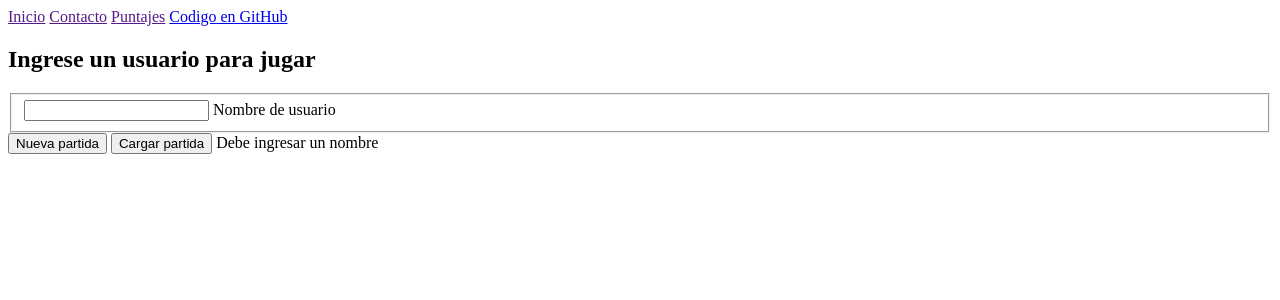
Repository: FacundoKinderknecht/FacundoKinderknecht_Wordle_Game_LPPA
Page: index.html
These files come from the project's save history. The page is drawn as it stood at one moment and after the next save; the edit follows.
The browser window is 1280 px wide. The pictures show the whole page.

Above is the page before, as saved 2023-08-08 02:43:59.

### index.html
<!DOCTYPE html>
<html lang="en">
    <head>
        <meta charset="UTF-8">
        <meta http-equiv="X-UA-Compatible" content="IE=edge">
        <meta name="viewport" content="width=device-width, initial-scale=1.0">
        <link rel="stylesheet" href="/css/index.css">
        <script src="/js/index.js"></script>

        <title>Final LPPA Facundo Kinderknecht</title>
    </head>
    <body>
        <header>
            <nav class="navbar">
                <a href="">Inicio</a>
                <a href="">Contacto</a>
                <a href="">Puntajes</a>
                <a href="https://github.com/FacundoKinderknecht/FacundoKinderknecht_Wordle_Game_LPPA" target="_blank">Codigo en GitHub</a>
            </nav>
        </header>

        <div class="form-container">
            <form class="form-user">
                <h2 class="form-title">Ingrese un usuario para jugar</h2>
                <fieldset class="group-form">
                    <input class="form-txt" id="txt-user" placeholder="">
                    <label class="form-lbl" id="lbl-user" for="txt-user">Nombre de usuario</label>
                </fieldset>
                <input type="button" class="form-button" value="Nueva partida" id="btn-new">
                <input type="button" class="form-button" value="Cargar partida" id="btn-load">
                <label class="form-txt-error hidden" id="error-empty">Debe ingresar un nombre</label>
            </form>
        </div>
    </body>
</html>

Loaded but not shown: css/index.css (no stored copy; drawn as an empty file); js/index.js (no stored copy; drawn as an empty file)

After the next save:
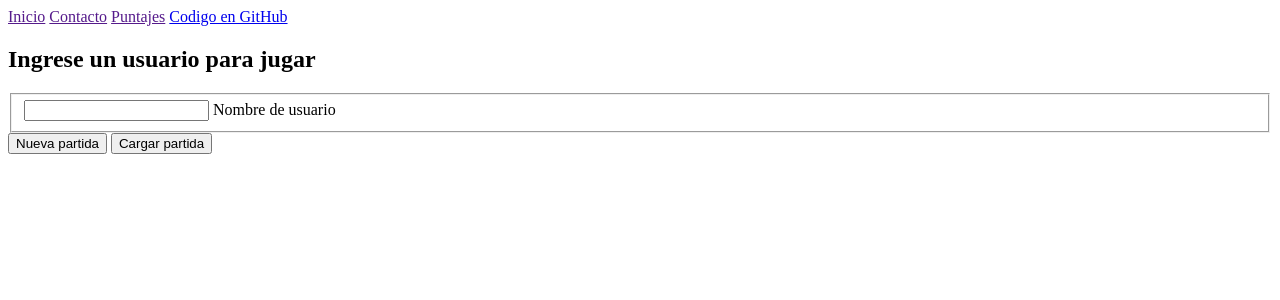
Saved 113 s later.
--- a/index.html
+++ b/index.html
@@ -28,7 +28,6 @@
                 </fieldset>
                 <input type="button" class="form-button" value="Nueva partida" id="btn-new">
                 <input type="button" class="form-button" value="Cargar partida" id="btn-load">
-                <label class="form-txt-error hidden" id="error-empty">Debe ingresar un nombre</label>
             </form>
         </div>
     </body>
